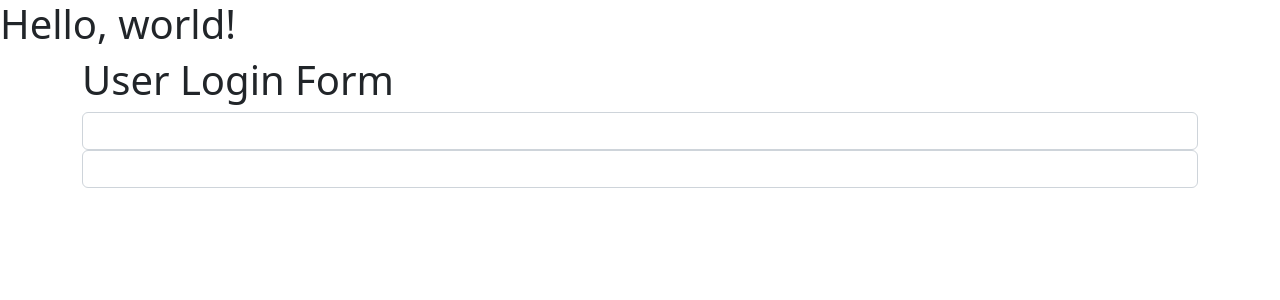
Repository: SadanChandra99/capgemini-bootcamp
Page: CreditCardPayment/src/main/webapp/views/Login.html
An editor plug-in stored every save of this project. The page is shown before and after the next save, followed by the edit.
The browser window is 1280 px wide. The pictures show the whole page.

Above is the page before, as saved 2022-09-02 04:23:51.

After the next save:
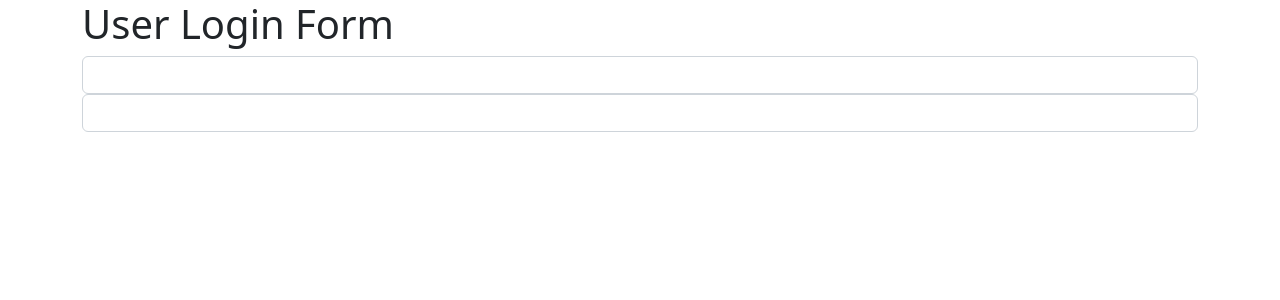
Saved 16 s later.
--- a/CreditCardPayment/src/main/webapp/views/Login.html
+++ b/CreditCardPayment/src/main/webapp/views/Login.html
@@ -8,7 +8,7 @@
     <script src="https://cdn.jsdelivr.net/npm/bootstrap@5.1.3/dist/js/bootstrap.bundle.min.js" integrity="sha384-ka7Sk0Gln4gmtz2MlQnikT1wXgYsOg+OMhuP+IlRH9sENBO0LRn5q+8nbTov4+1p" crossorigin="anonymous"></script>
   </head>
   <body>
-    <h1>Hello, world!</h1>
+
 
     <div class = "container" >
 
